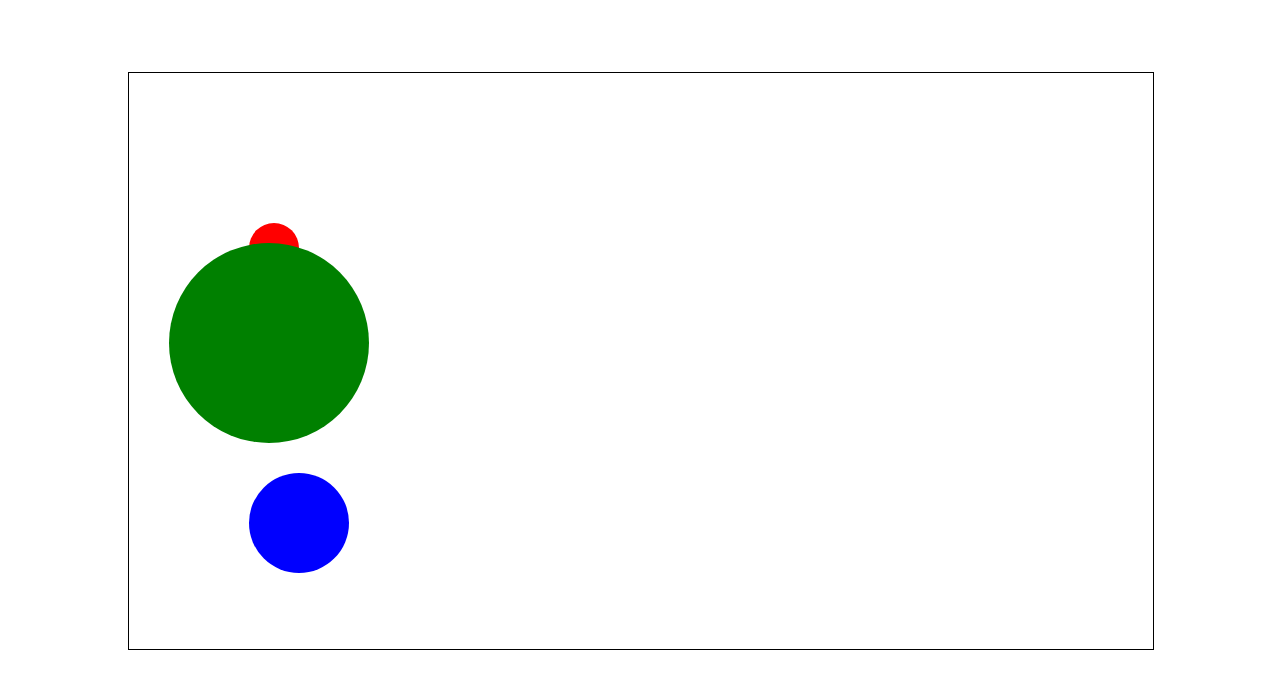
Repository: themoomooo/testgitajout
Page: index.html
The author's editor kept a copy of each file at every save. The page is drawn from the files as they stood at one save, then again after a run of saves.
The browser window is 1280 px wide. The pictures show the whole page.

Above is the page before, as saved 2023-01-23 16:20:31.

After the next 3 saves:
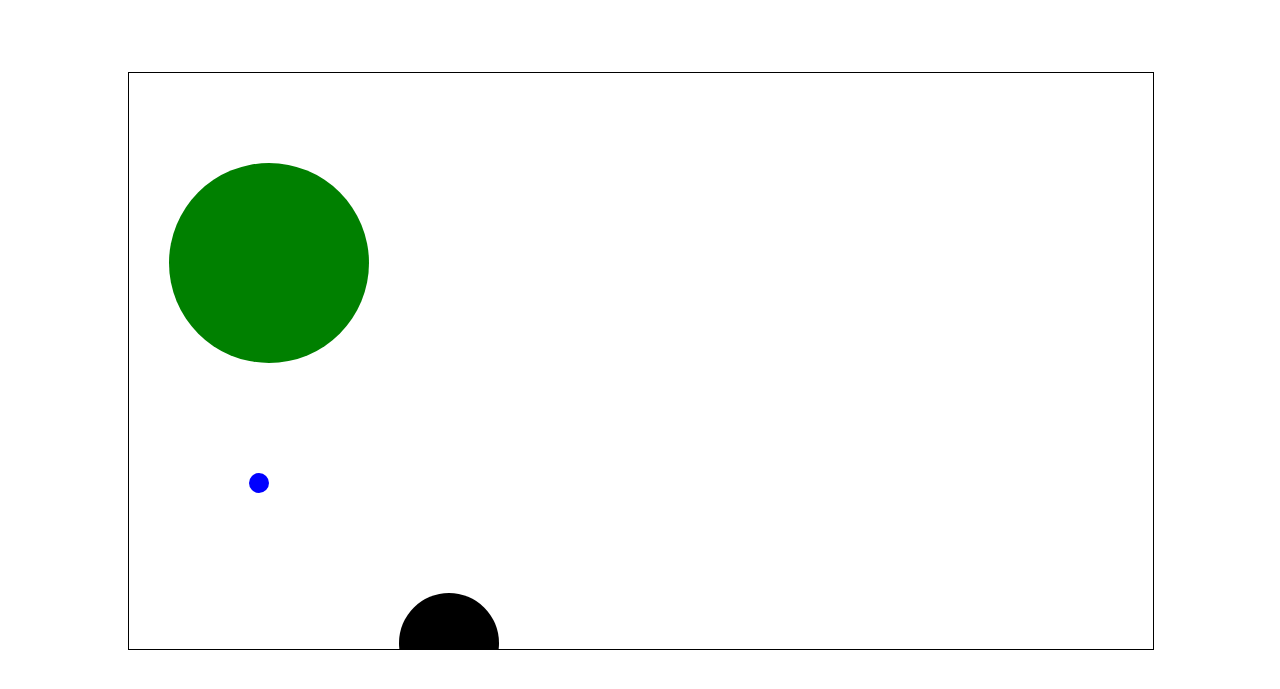
The 3 saves are shown as one change because they came seconds apart.
The last was saved 10 s later.
--- a/main.js
+++ b/main.js
@@ -65,7 +65,7 @@ class Prog {
 
 
 const monBallon = new Ball(100,150,50,50,'red',25);
-const monBallon2 = new Ball(100,350,100,100,'blue',50);
+const monBallon2 = new Ball(100,350,20,20,'blue',10);
 const monBallon3 = new Ball(20,20,200,200,'green',100);
 const monBallon4 = new Ball(250,250,100,100,'black',50);
 const monprog = new Prog (terrain);
